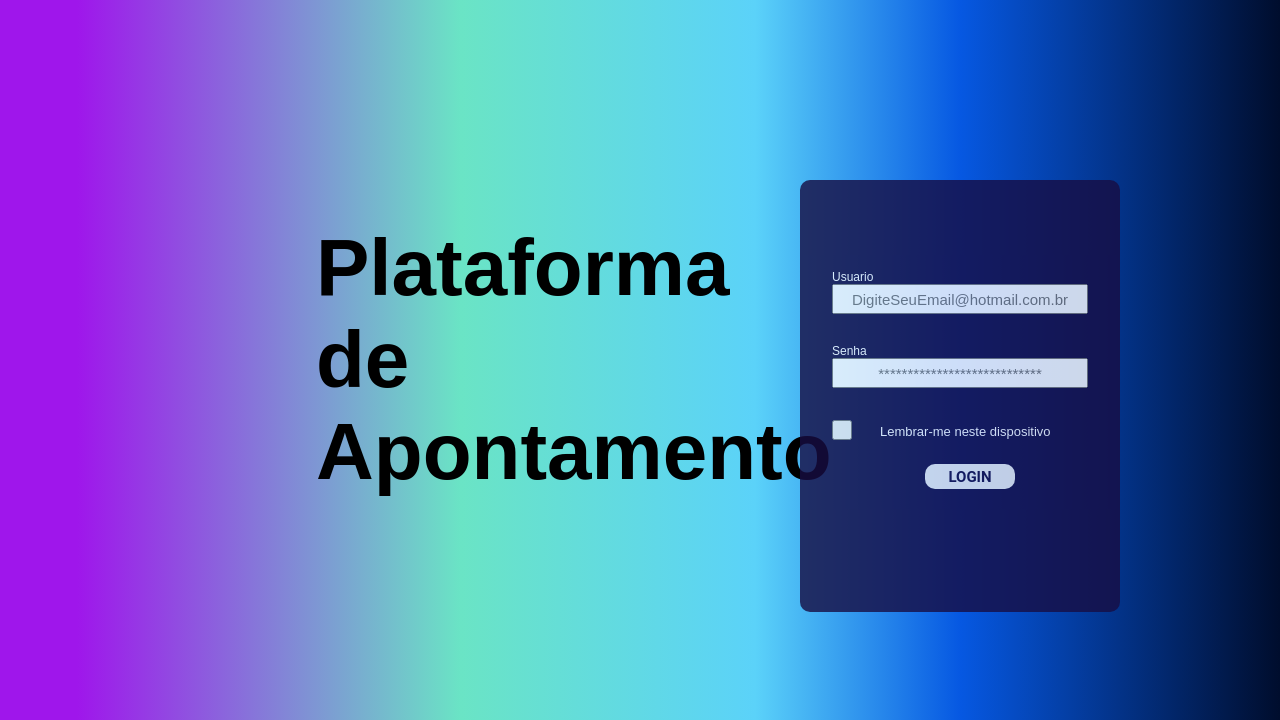
Repository: KevynMarques/Estudos-Reactjs-Firebase
Page: /
An editor plug-in stored every save of this project. The page is shown before and after the next save, followed by the edit.
The browser window is 1280 px wide. The pictures show the whole page.
The page's requests for data from a server got no answer. The project was rebuilt for these pictures with package versions that can differ from the ones it lists, and the page was loaded fresh each time. No one was signed in, and anything a server would have sent is missing. Also part of the build but not shown: src/Pages/Page2.jsx.

Above is the page before, as saved 2022-08-23 14:53:29.

After the next save:
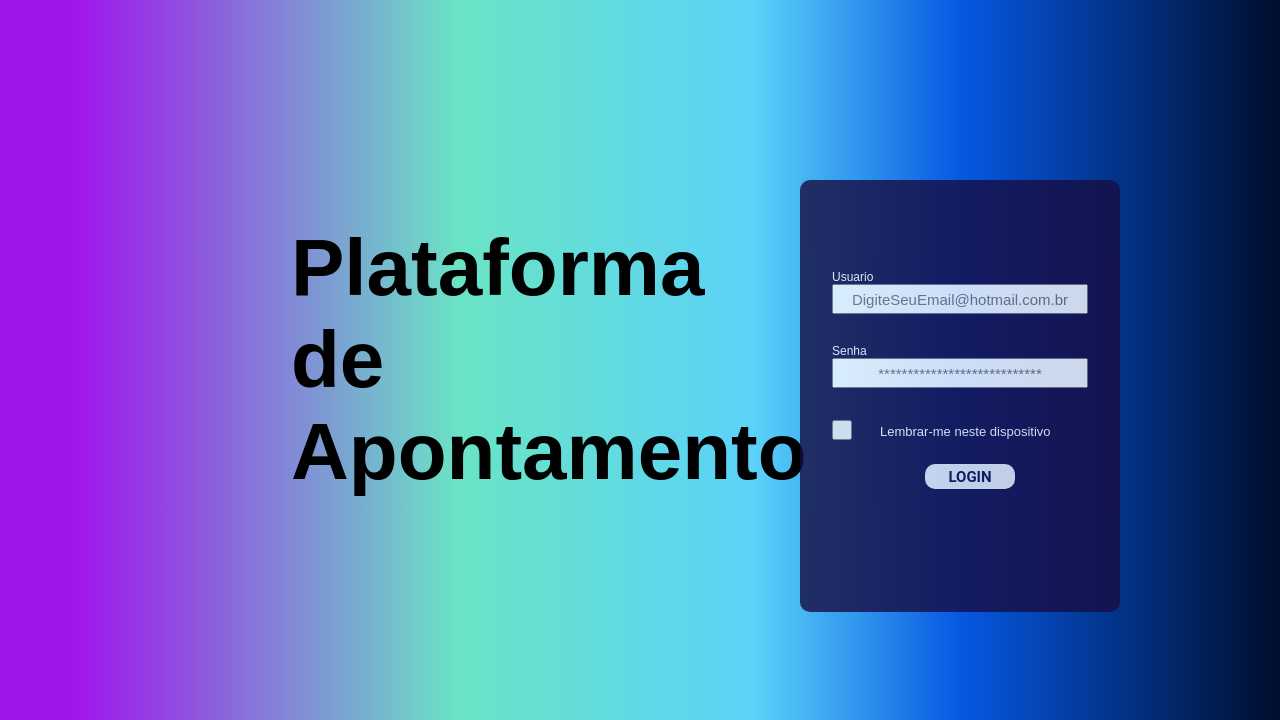
Saved 6 s later.
--- a/src/Components/Login/style.jsx
+++ b/src/Components/Login/style.jsx
@@ -14,7 +14,7 @@ export const TextTittle = styled.h1`
 position: absolute;
 margin-left: -35vw;
 font-family: Arial, Helvetica, sans-serif;
-max-width: 200px;
+max-width: 250px;
 font-size: 80px;
 
 `;
